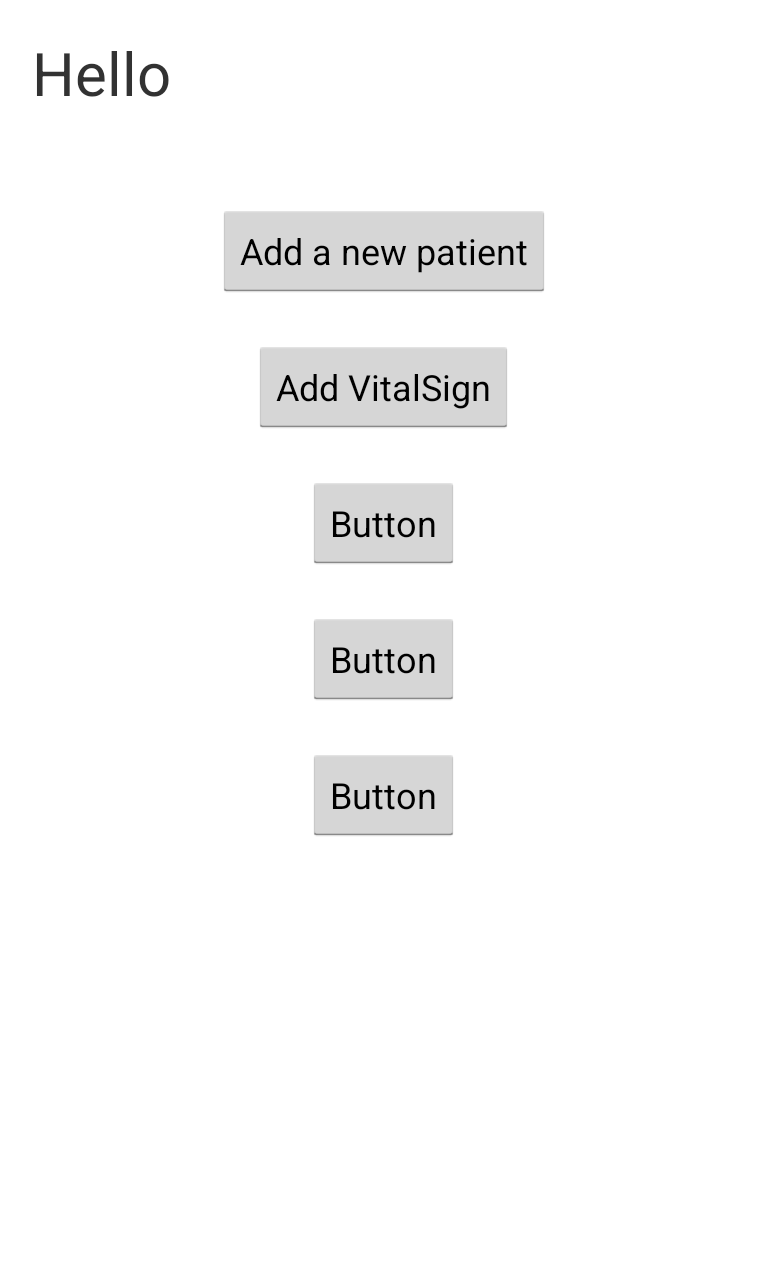
Repository: wangyuan0915/ER
Layout: workspace2/phase3/res/layout/activity_choice.xml
The author's editor kept a copy of each file at every save. The layout is drawn from the files as they stood at one save, then again after the next save.
It is drawn on a 768 x 1280 px phone screen (xhdpi) without system bars, with theme AppTheme; the app's code is not run.

Above is the layout before, as saved 2013-11-24 20:54:25.

### workspace2/phase3/res/layout/activity_choice.xml
<RelativeLayout xmlns:android="http://schemas.android.com/apk/res/android"
    xmlns:tools="http://schemas.android.com/tools"
    android:layout_width="match_parent"
    android:layout_height="match_parent"
    android:layout_gravity="center_vertical"
    android:paddingBottom="@dimen/activity_vertical_margin"
    android:paddingLeft="@dimen/activity_horizontal_margin"
    android:paddingRight="@dimen/activity_horizontal_margin"
    android:paddingTop="@dimen/activity_vertical_margin"
    tools:context=".ChoiceActivity" >

    <TextView
        android:id="@+id/hello"
        android:layout_width="wrap_content"
        android:layout_height="wrap_content"
        android:layout_alignParentLeft="true"
        android:layout_alignParentTop="true"
        android:text="@string/Hello"
        android:textSize="30sp"/>

    <Button
        android:id="@+id/add_new_patient"
        android:layout_width="wrap_content"
        android:layout_height="wrap_content"
        android:layout_below="@+id/hello"
        android:layout_centerHorizontal="true"
        android:layout_marginTop="45dp"
        android:onClick="addNewPatient"
        android:text="@string/Add_a_new_patient" />

    <Button
        android:id="@+id/add_vital_sign"
        android:layout_width="wrap_content"
        android:layout_height="wrap_content"
        android:layout_below="@+id/add_new_patient"
        android:layout_centerHorizontal="true"
        android:layout_marginTop="20dp"
        android:onClick="addVitalSign"
        android:text="@string/Add_VitalSign" />

    <Button
        android:id="@+id/viewpatientrecord"
        android:layout_width="wrap_content"
        android:layout_height="wrap_content"
        android:layout_below="@+id/add_vital_sign"
        android:layout_centerHorizontal="true"
        android:layout_marginTop="20dp"
        android:text="Button"
        android:onClick="ViewPatientRecord"/>

    <Button
        android:id="@+id/button2"
        android:layout_width="wrap_content"
        android:layout_height="wrap_content"
        android:layout_alignLeft="@+id/viewpatientrecord"
        android:layout_below="@+id/viewpatientrecord"
        android:layout_marginTop="20dp"
        android:text="Button" />

    <Button
        android:id="@+id/button3"
        android:layout_width="wrap_content"
        android:layout_height="wrap_content"
        android:layout_alignRight="@+id/button2"
        android:layout_below="@+id/button2"
        android:layout_marginTop="20dp"
        android:text="Button" />

</RelativeLayout>

### workspace2/phase3/res/values/strings.xml
<?xml version="1.0" encoding="utf-8"?>
<resources>

    <string name="app_name">phase3</string>
    <string name="action_settings">Settings</string>
    <string name="hello_world">Hello world!</string>
    <string name="Login">Login</string>
    <string name="username">username</string>
    <string name="password">password</string>
    <string name="Nurse">Nurse</string>
    <string name="Physician">Physician</string>
    <string name="login">login</string>
    <string name="title_activity_choice">ChoiceActivity</string>
    <string name="title_activity_physician__choice">Physician_ChoiceActivity</string>
    <string name="Hello">Hello</string>
    <string name="Add_a_new_patient">Add a new patient</string>
    <string name="Add_VitalSign">Add VitalSign</string>
    <string name="title_activity_new_patient">NewPatientActivity</string>
    <string name="title_activity_add_vital_sign">AddVitalSignActivity</string>
    <string name="New_Patient">New Patient</string>
    <string name="patient_name">patient\'s name</string>
    <string name="Health_Card_Number">Health Card Number</string>
    <string name="Birthday">Birthday</string>
    <string name="Year">Year</string>
    <string name="Month">Month</string>
    <string name="Day">Day</string>
    <string name="Date">Date</string>
    <string name="Time">Time</string>
    <string name="Hour">Hour</string>
    <string name="Minute">Minute</string>
    <string name="Submit">Submit</string>
    <string name="VitalSign">VitalSign</string>
    <string name="Temperature">Temperature</string>
    <string name="Systolic">Systolic</string>
    <string name="Diastolic">Diastolic</string>
    <string name="Heartrate">Heartrate</string>
    <string name="View_Patient_Record">View Patient\'s Record</string>
    <string name="Add_Prescription">Add Prescription</string>
    <string name="title_activity_view_patient_record">ViewPatientRecord</string>
    <string name="title_activity_add_prescription">AddPrescription</string>
    <string name="Medication">Medication</string>
    <string name="Instruction">Instruction</string>

</resources>

Loaded but not shown: workspace2/phase3/res/values/styles.xml (common file); workspace2/phase3/res/values-v11/styles.xml (common file); workspace2/phase3/res/values-v14/styles.xml (common file); workspace2/phase3/res/values/dimens.xml (common file)

After the next save:
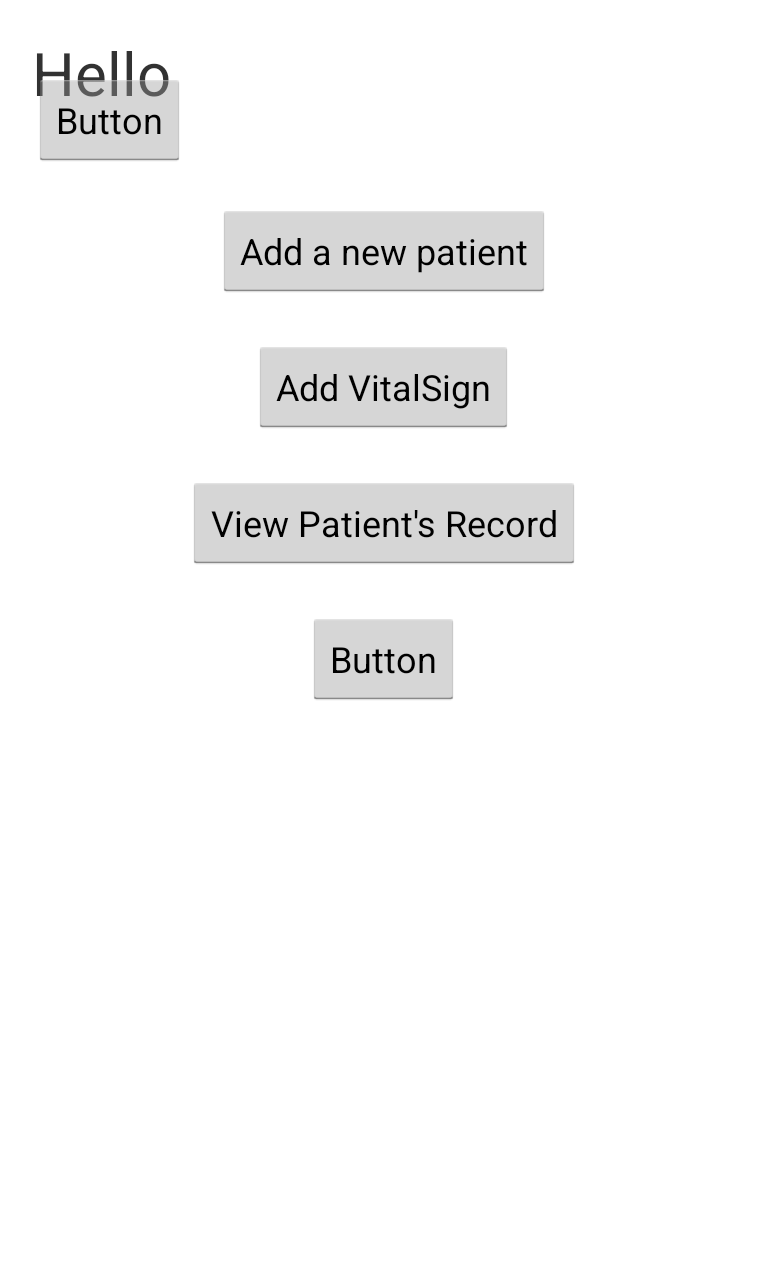
Saved 84 s later.
--- a/workspace2/phase3/res/layout/activity_choice.xml
+++ b/workspace2/phase3/res/layout/activity_choice.xml
@@ -45,17 +45,8 @@
         android:layout_below="@+id/add_vital_sign"
         android:layout_centerHorizontal="true"
         android:layout_marginTop="20dp"
-        android:text="Button"
-        android:onClick="ViewPatientRecord"/>
-
-    <Button
-        android:id="@+id/button2"
-        android:layout_width="wrap_content"
-        android:layout_height="wrap_content"
-        android:layout_alignLeft="@+id/viewpatientrecord"
-        android:layout_below="@+id/viewpatientrecord"
-        android:layout_marginTop="20dp"
-        android:text="Button" />
+        android:onClick="ViewPatientRecord"
+        android:text="@string/View_Patient_Record" />
 
     <Button
         android:id="@+id/button3"
@@ -66,4 +57,14 @@
         android:layout_marginTop="20dp"
         android:text="Button" />
 
+    <Button
+        android:id="@+id/urgencylist"
+        android:layout_width="wrap_content"
+        android:layout_height="wrap_content"
+        android:layout_below="@+id/viewpatientrecord"
+        android:layout_centerHorizontal="true"
+        android:layout_marginTop="20dp"
+        android:text="Button"
+        android:onClick="UrgencyList"/>
+
 </RelativeLayout>
